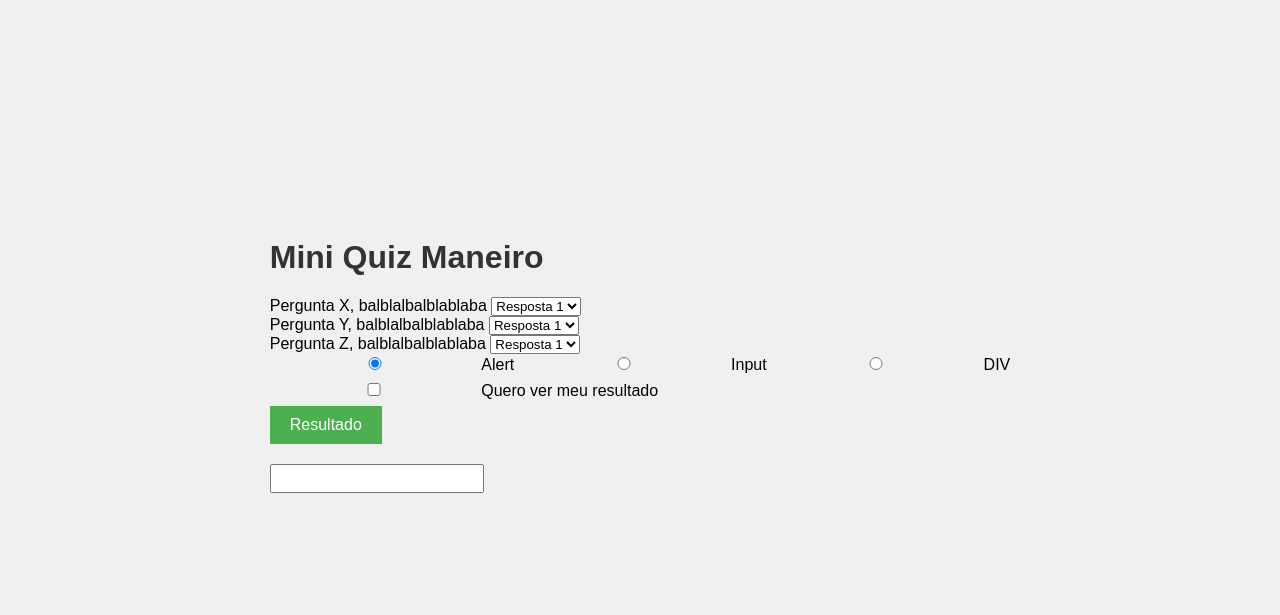
Repository: Gabrielb0rn/JavaScript-HTML.io
Page: atividade 6/index.html
The author's editor kept a copy of each file at every save. The page is drawn from the files as they stood at one save, then again after the next save.
The browser window is 1280 px wide. The pictures show the whole page.

Above is the page before, as saved 2024-07-04 11:12:35.

### atividade 6/index.html
<!DOCTYPE html>
<html lang="pt-BR">
<head>
    <meta charset="UTF-8">
    <meta name="viewport" content="width=device-width, initial-scale=1.0">
    <title>Mini Quiz Maneiro</title>
    <link rel="stylesheet" href="assets/style.css">
</head>
<body>
    <div class="quiz-container">
        <h1>Mini Quiz Maneiro</h1>
        <form id="quiz-form">
            <div class="question">
                <label for="pergunta-x">Pergunta X, balblalbalblablaba</label>
                <select id="pergunta-x" name="pergunta-x">
                    <option value="1">Resposta 1</option>
                    <option value="2">Resposta 2</option>
                    <option value="3">Resposta 3</option>
                </select>
            </div>
            <div class="question">
                <label for="pergunta-y">Pergunta Y, balblalbalblablaba</label>
                <select id="pergunta-y" name="pergunta-y">
                    <option value="1">Resposta 1</option>
                    <option value="2">Resposta 2</option>
                    <option value="3">Resposta 3</option>
                </select>
            </div>
            <div class="question">
                <label for="pergunta-z">Pergunta Z, balblalbalblablaba</label>
                <select id="pergunta-z" name="pergunta-z">
                    <option value="1">Resposta 1</option>
                    <option value="2">Resposta 2</option>
                    <option value="3">Resposta 3</option>
                </select>
            </div>
            <div class="output-option">
                <label><input type="radio" name="output" value="alert" checked> Alert</label>
                <label><input type="radio" name="output" value="input"> Input</label>
                <label><input type="radio" name="output" value="div"> DIV</label>
            </div>
            <div class="show-result">
                <label><input type="checkbox" id="show-result"> Quero ver meu resultado</label>
            </div>
            <button type="button" onclick="mostrarResultado()">Resultado</button>
            <div id="resultado" class="hidden">
                <input type="text" id="resultado-input" readonly>
                <div id="resultado-div"></div>
            </div>
        </form>
    </div>
    <script src="assets/scripts.js"></script>
</body>
</html>

### atividade 6/assets/style.css
body {
    font-family: Arial, sans-serif;
    display: flex;
    flex-direction: column;
    align-items: center;
    justify-content: center;
    height: 100vh;
    background-color: #f0f0f0;
    margin: 0;
}
h1 {
    color: #333;
}
label {
    margin: 10px 0 5px;
}
input {
    padding: 5px;
    margin-bottom: 10px;
    width: 200px;
}
button {
    padding: 10px 20px;
    background-color: #4CAF50;
    color: white;
    border: none;
    cursor: pointer;
    font-size: 16px;
}
button:hover {
    background-color: #45a049;
}
#resultado {
    margin-top: 20px;
    font-size: 18px;
    color: #333;
}

### atividade 6/assets/scripts.js
function calcularMedia() {
    var nota1 = parseFloat(document.getElementById("nota1").value);
    var nota2 = parseFloat(document.getElementById("nota2").value);
    var nota3 = parseFloat(document.getElementById("nota3").value);

    if (isNaN(nota1) || isNaN(nota2) || isNaN(nota3)) {
        alert("Por favor, insira todas as notas.");
        return;
    }

    var media = (nota1 + nota2 + nota3) / 3;
    var resultado = media >= 7 ? "Aprovado" : "Reprovado";

    alert("A média é: " + media.toFixed(2) + "\n" + resultado);
}

After the next save:
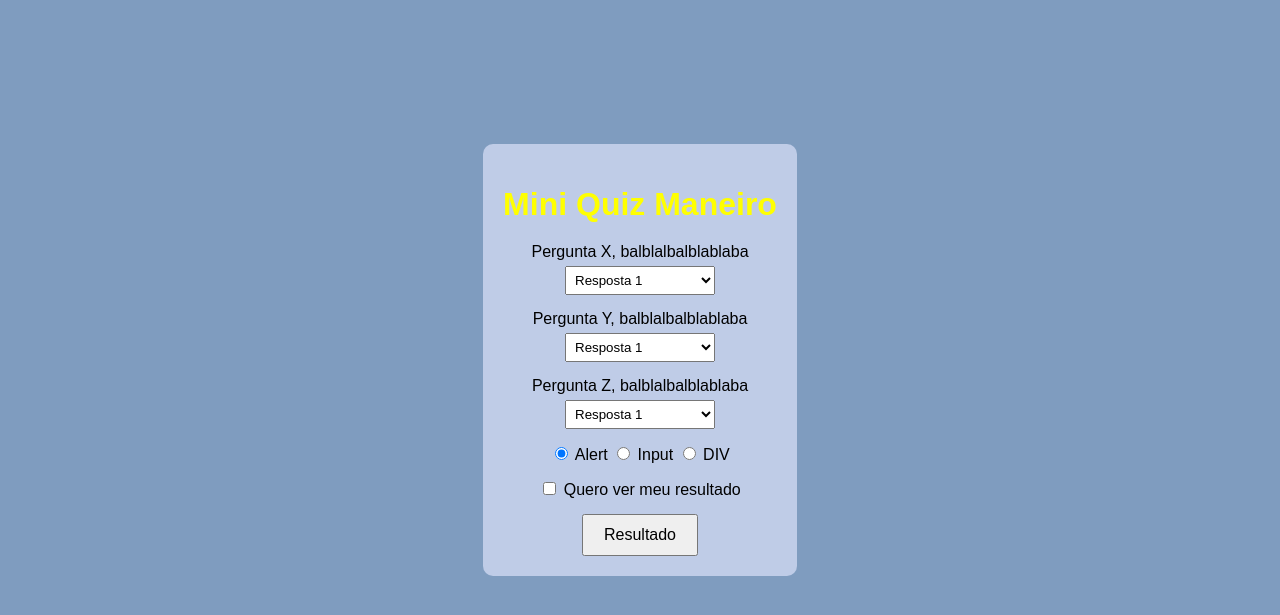
Saved 4 s later.
--- a/atividade 6/assets/style.css
+++ b/atividade 6/assets/style.css
@@ -1,37 +1,59 @@
 body {
     font-family: Arial, sans-serif;
     display: flex;
-    flex-direction: column;
+    justify-content: center;
     align-items: center;
-    justify-content: center;
     height: 100vh;
-    background-color: #f0f0f0;
     margin: 0;
+    background-color: #7f9cbf;
 }
+
+.quiz-container {
+    background-color: #bfcce7;
+    padding: 20px;
+    border-radius: 10px;
+    text-align: center;
+}
+
 h1 {
-    color: #333;
+    color: yellow;
+    margin-bottom: 20px;
 }
-label {
-    margin: 10px 0 5px;
+
+.question {
+    margin-bottom: 15px;
 }
-input {
+
+.question label {
+    display: block;
+    margin-bottom: 5px;
+}
+
+select {
+    width: 150px;
     padding: 5px;
-    margin-bottom: 10px;
-    width: 200px;
 }
+
+.output-option, .show-result {
+    margin-bottom: 15px;
+}
+
 button {
     padding: 10px 20px;
-    background-color: #4CAF50;
-    color: white;
-    border: none;
+    font-size: 16px;
     cursor: pointer;
-    font-size: 16px;
 }
-button:hover {
-    background-color: #45a049;
+
+.hidden {
+    display: none;
 }
+
 #resultado {
     margin-top: 20px;
-    font-size: 18px;
-    color: #333;
 }
+
+#resultado-input {
+    width: 150px;
+    padding: 5px;
+    margin-right: 10px;
+}
